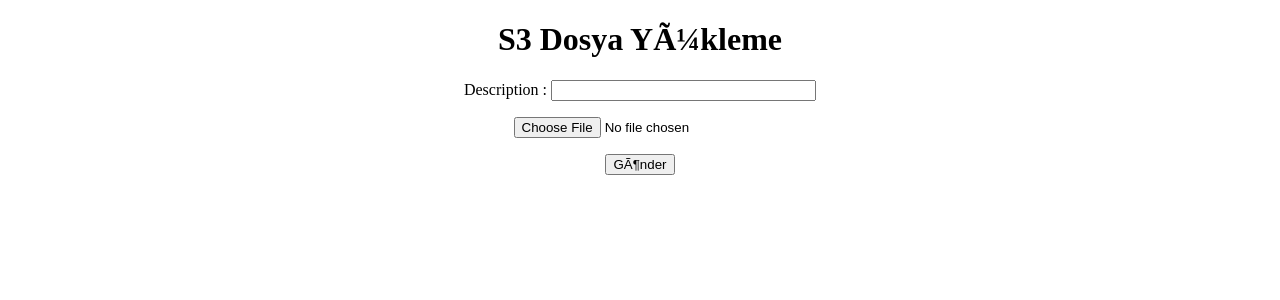
Repository: erengthb/AWS-Java-Servlet-Project
Page: http://localhost/Proje/
These files come from the project's save history. The page is drawn as it stood at one moment and after the next save; the edit follows.
The browser window is 1280 px wide. The pictures show the whole page.
The page is served by Tomcat 9. Other server files are loaded and not shown.

Above is the page before, as saved 2022-04-14 00:27:52.

### Proje/src/main/webapp/upload.jsp
<%@ page language="java" contentType="text/html; charset=ISO-8859-1"
    pageEncoding="ISO-8859-1"%>
<!DOCTYPE html>
<html>
<head>
<meta charset="ISO-8859-1">
<title>Dosya Yükleme</title>
</head>
<body>

<div align ="center">

<div><h1>S3  Dosya Yükleme</h1></div>
<div>
<form action ="upload" method = "post" enctype = "multipart/form-data">
<p> Description : <input type ="text" name= "Dosya Açıklamasi" size="30" required/> </p>

<p> <input type ="file" name = "file" required /></p>
<p> <button type= "submit" >Gönder</button> </p>


</form>
</div>
</div>


</body>
</html>

### Proje/src/main/java/net/codejava/aws/HomeServlet.java
package net.codejava.aws;

import java.io.IOException;
import javax.servlet.ServletException;
import javax.servlet.annotation.WebServlet;
import javax.servlet.http.HttpServlet;
import javax.servlet.http.HttpServletRequest;
import javax.servlet.http.HttpServletResponse;


@WebServlet("/")
public class HomeServlet extends HttpServlet {
	private static final long serialVersionUID = 1L;


    public HomeServlet() {
        super();
        // TODO Auto-generated constructor stub
    }


	protected void doGet(HttpServletRequest request, HttpServletResponse response) throws ServletException, IOException {
		// TODO Auto-generated method stub
		request.getRequestDispatcher("upload.jsp").forward(request, response);
	}

}

After the next save:
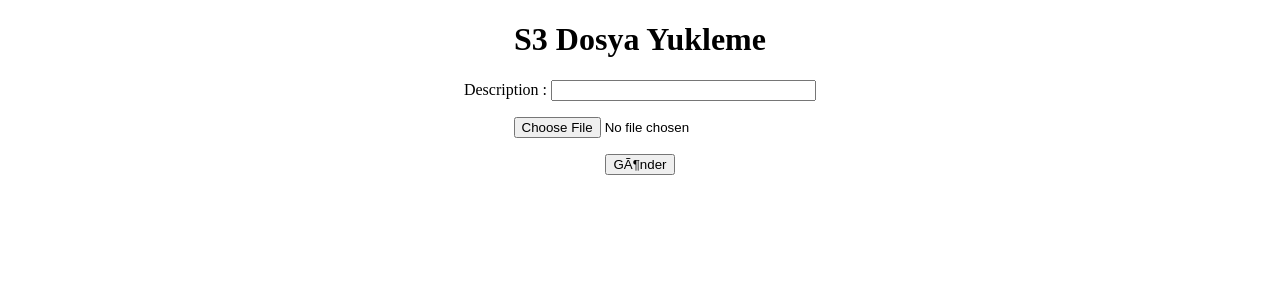
Saved 26 s later.
--- a/Proje/src/main/webapp/upload.jsp
+++ b/Proje/src/main/webapp/upload.jsp
@@ -10,7 +10,7 @@
 
 <div align ="center">
 
-<div><h1>S3  Dosya Yükleme</h1></div>
+<div><h1>S3  Dosya Yukleme</h1></div>
 <div>
 <form action ="upload" method = "post" enctype = "multipart/form-data">
 <p> Description : <input type ="text" name= "Dosya Açıklamasi" size="30" required/> </p>
